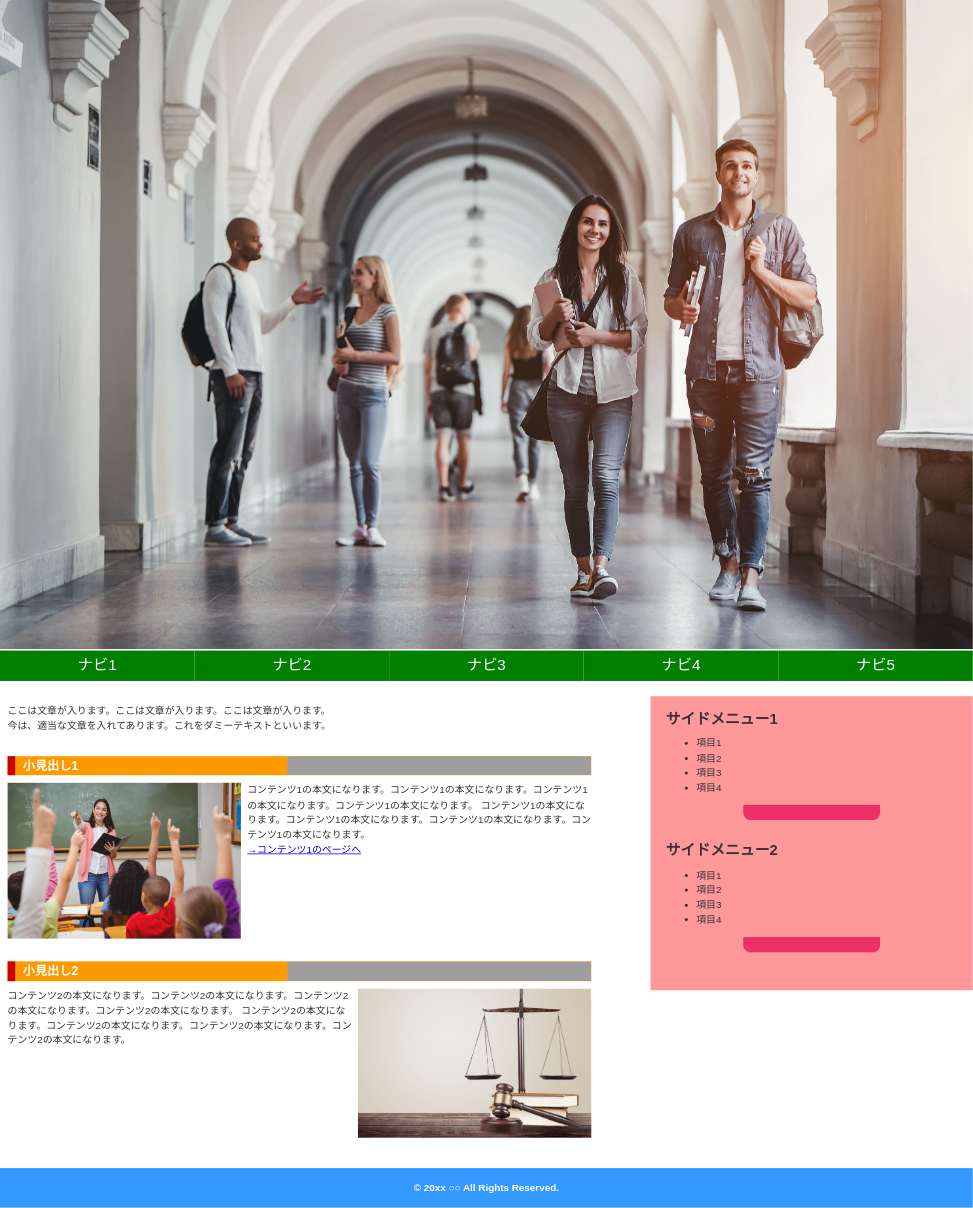
Repository: Masaaki-Oomori1010/samurai_HTML-CSS
Page: home.html
The author's editor kept a record of every edit. The page is drawn from the files as they stood at one moment, then again after the next edit.
The browser window is 1280 px wide. The pictures show the whole page, at 76% of full size.
Pictures or frames that could not be fetched are drawn as grey boxes.

Above is the page before.

### home.html
<!DOCTYPE html>
<html lang="ja">
    <head>
        <meta charset="UTF-8">
        <title>HTML/CSSの学習</title>
        <link rel="stylesheet" href="stylesheet.css">
    </head>
    <body>
        <div id="header">
        <h1><a href="index.html"><img id="corridor" src="images/corridor.jpg" alt="大学の廊下" /></a></h1>
        </div>
        <div id="wrapper">
            <div id="nav">
               <ul>
                    <li><a href="home.html">ナビ1</a></li>
                    <li><a href="#">ナビ2</a></li>
                    <li><a href="#">ナビ3</a></li>
                    <li><a href="#">ナビ4</a></li>
                    <li><a href="#">ナビ5</a></li>
                </ul>
            </div>
            <div id="container">
               <div id="main">
                    <div class="post">
                        <p>ここは文章が入ります。ここは文章が入ります。ここは文章が入ります。<br />今は、適当な文章を入れてあります。これをダミーテキストといいます。</p>
                    </div>
                    <div class="post clearfix">
                        <h2>小見出し1</h2>
                        <img class="left" src="images/classroom.jpg" alt="授業風景" />
                        <p>
                            コンテンツ1の本文になります。コンテンツ1の本文になります。コンテンツ1の本文になります。コンテンツ1の本文になります。
                            コンテンツ1の本文になります。コンテンツ1の本文になります。コンテンツ1の本文になります。コンテンツ1の本文になります。
                        </p>
                        <p><a href="#">→コンテンツ1のページへ</a></p>
                    </div>
                    <div class="post clearfix">
                        <h2>小見出し2</h2>
                        <img class="right" src="images/scale.jpg" alt="天秤" />
                        <p>
                            コンテンツ2の本文になります。コンテンツ2の本文になります。コンテンツ2の本文になります。コンテンツ2の本文になります。
                            コンテンツ2の本文になります。コンテンツ2の本文になります。コンテンツ2の本文になります。コンテンツ2の本文になります。
                        </p>
                    </div>
                </div>
            </div>
            <div id="side">
                <div class="box">
                    <h2>サイドメニュー1</h2>
                    <div class="boxBody">
                        <ul>
                            <li>項目1</li>
                           <li>項目2</li>
                            <li>項目3</li>
                            <li>項目4</li>
                        </ul>
                    </div>
                </div>
                <div class="box">
                    <h2>サイドメニュー2</h2>
                    <div class="boxBody">
                        <ul>
                            <li>項目1</li>
                            <li>項目2</li>
                            <li>項目3</li>
                            <li>項目4</li>
                        </ul>
                    </div>
                </div>
            </div>
        </div>
        <div id="footer">
            <p>&copy; 20xx ○○ All Rights Reserved.</p>
        </div>

    </body>
</html>

### stylesheet.css
@charset "utf-8";

body {
	margin: 0;
	padding: 0;
	font-family: "ヒラギノ角ゴ Pro W3", "Hiragino Kaku Gothic Pro", "メイリオ", Meiryo, Osaka, "ＭＳ Ｐゴシック", "MS PGothic", sans-serif;
	color: #333;
	font-size: 13px;
	line-height: 150%;
}

/* -------------------- wrapper -------------------- */
#wrapper {
    width: 100%;
    margin: auto;
    padding: 0px;
    border: 0px;
    background-color: #FFF;
    top: 10px;
}

/* -------------------- header -------------------- */
#header {
 	width: 100%;
 }
 #header h1 {
 	 margin: 0;
	 padding: 0;
 }

 #corridor {
	 width: 100%;
	 height: auto;
 }

 /* -------------------- footer -------------------- */
 #footer {
 	 clear: both;
 	 width: 100%;
 	 padding: 3px 0 3px 0;
 	 background: #39F;
 	 color: #FFF;
 	 font-weight: bold;
 	 text-align: center;
 }
/* -------------------- nav -------------------- */
 #nav {
	 width: 100%;
 }
 #nav ul {
	 margin: 0;
	 padding: 0;
	 list-style-type: none;
 }
 #nav ul li {
	 float: left;
	 width: 20%;
	 text-align: center;
 }
 #nav ul li a {
	 display: block;
	 height: 20px;
	 margin: 0;
	 padding: 10px;
	 color: #FFF;
	 font-size: 20px;
	 text-decoration: none;
	 background-color: green;
 }

 /* -------------------- container -------------------- */
 #container {
	 width: 100%;
	 margin: auto ;
	 padding: auto;
	 padding-top: 20px;
	 clear: both;
 }
 /* -------------------- main -------------------- */
 #main {
	 float: left;
	 width: 60%;
	 padding: 10px 30px 10px 10px;
 }
 #main h2 {
	 margin: 0 0 10px 0;
	 padding: 3px 10px 3px 10px;
	 color: #FFF;
	 font-size: 16px;
	 border-left: solid 10px #C00;
	 background: #F90 url(../images/main_h2.jpg) right top repeat-y;
 }
 #main p {
	 margin: 0;
	 padding: 0;
 }
 #main .post {
	 margin: 0 0 30px 0;
 }

 #main .post img.right {
	 margin: 0 0 0 8px;
 }
 #main .post img.left {
	 margin: 0 8px 0 0;
 }

 .right {
	 float: right;
	 width: 40%;
	 height: auto;
 }
 .left {
	 float: left;
	 width: 40%;
	 height: auto;
 }

 /* -------------------- clearfix -------------------- */
 .clearfix {
	 zoom: 1;
 }
 .clearfix:after{
	 content: "";
	 display: block;
	 clear: both;
 }

 /* -------------------- side -------------------- */
 #side {
 	 float: right;
 	 width: 30%;
 	 padding: 20px;
 	 background-color: #F99;
 }
 #side .box {
 	 margin: 0 auto 30px auto;
 	 padding: 0 0 20px 0;
 	 background: url(images/side_box.png) bottom no-repeat;
 }
 #side .box h2 {
 	 margin: 0;
+ 	 padding: 8px;
+ 	 text-align: center;
+ 	 color: #fff;
+ 	 font-size: 16px;
+ 	 line-height: 16px;
+ 	 font-weight: normal;
+ 	 background: url(images/side_box_h2.png) center no-repeat;
+ }
+ #side .box .boxBody {
+ 	 padding: 8px;
+ 	 border-right: solid 1px #C36;
+ 	 border-bottom: solid 1px #C36;
+ 	 border-left: solid 1px #C36;
+ 	 background: #fff;
+ }
+ #side .box .boxBody ul {
+ 	 margin: 0 0 16px 0;
+ 	 padding: 0;
+ }
+ #side .box .boxBody ul li {
+ 	 padding: 8px 0 8px 4px;
+ 	 list-style: none;
+ 	 border-bottom: solid 1px #C36;
+ }

After the next edit:
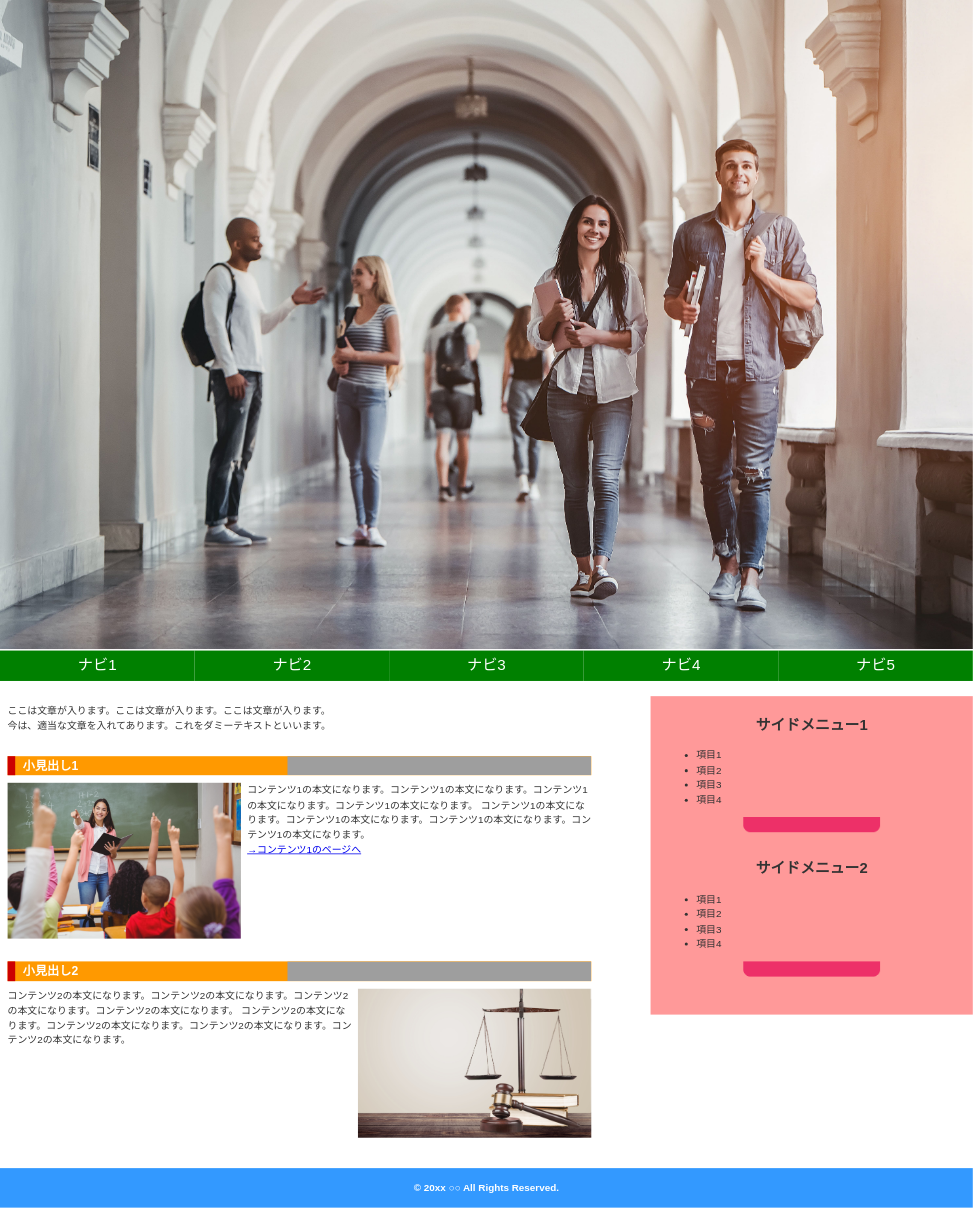
The edit:
--- a/stylesheet.css
+++ b/stylesheet.css
@@ -140,8 +140,8 @@
  }
  #side .box h2 {
  	 margin: 0;
-+ 	 padding: 8px;
-+ 	 text-align: center;
+ 	 padding: 8px;
+ 	 text-align: center;
 + 	 color: #fff;
 + 	 font-size: 16px;
 + 	 line-height: 16px;
